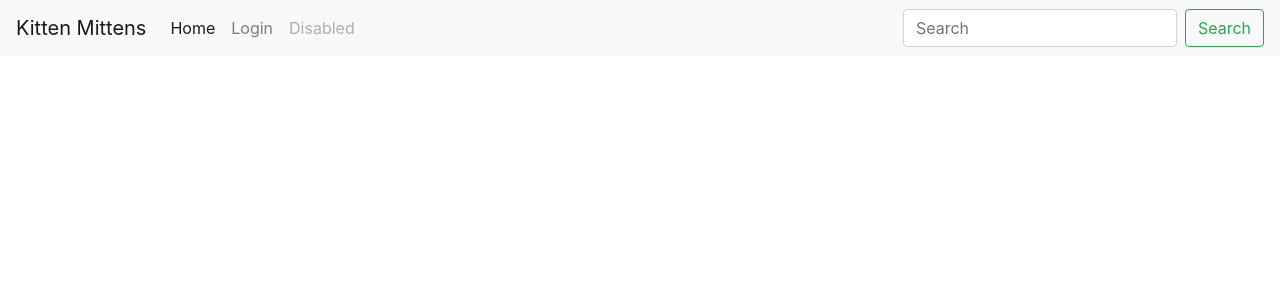
Repository: Janellle/KittenMittens
Page: http://localhost/
The author's editor kept a record of every edit. The page is drawn from the files as they stood at one moment, then again after the next edit.
The browser window is 1280 px wide. The pictures show the whole page.
The page is served by the project's Node server (app.js).

Above is the page before.
Not found: rps.js

After the next edit:
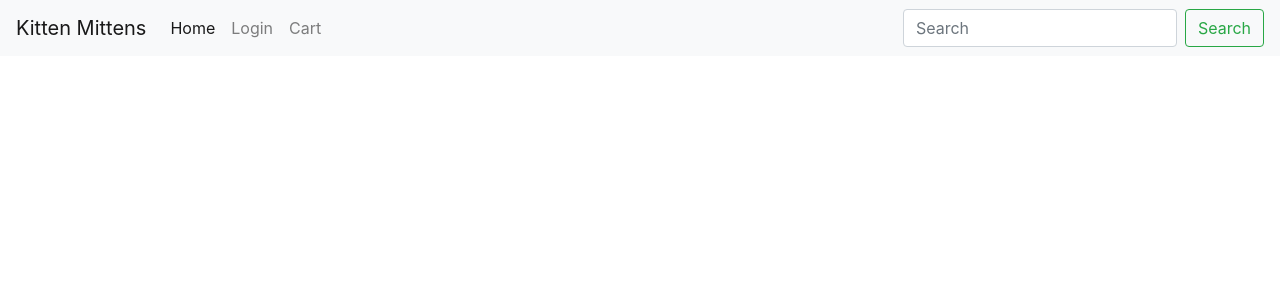
The edit:
--- a/views/index.html
+++ b/views/index.html
@@ -22,7 +22,7 @@
                     <a class="nav-link" href="#">Login</a>
                   </li>
                   <li class="nav-item">
-                    <a class="nav-link disabled" href="#">Disabled</a>
+                    <a class="nav-link" href="#">Cart</a>
                   </li>
                 </ul>
             <form class="form-inline my-2 my-lg-0">
